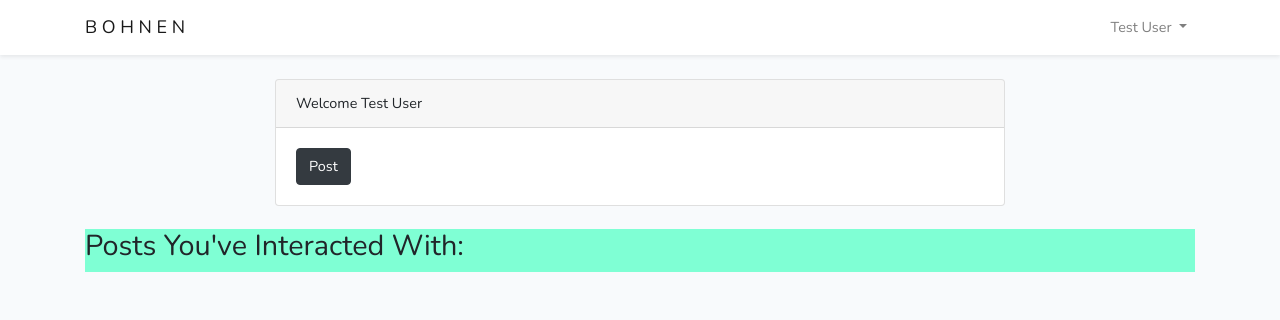
Repository: davidbohnen/BOHNEN
Page: http://localhost/home
The author's editor kept a copy of each file at every save. The page is drawn from the files as they stood at one save, then again after the next save.
The browser window is 1280 px wide. The pictures show the whole page.
The page is served by the project's Laravel application, run on PHP 8.4 with Laravel 8. A made-up administrator, Test User (test@example.com), is signed in.

Above is the page before, as saved 2020-05-05 21:19:21.

After the next save:
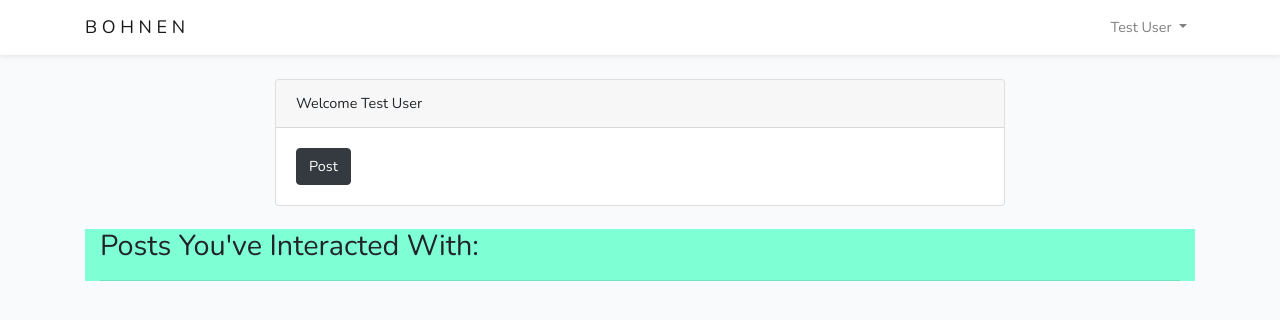
Saved 37 s later.
--- a/resources/views/home.blade.php
+++ b/resources/views/home.blade.php
@@ -24,8 +24,8 @@
     </div>
     <br>
 
-    <div class="container">
-    <div class="row justify-content-center" style = "background-color:aquamarine">
+    <div class="container"  class="row justify-content-center" style = "background-color:aquamarine">
+    <div >
         <h2>Posts You've Interacted With:</h2>
             <hr>
         </div>
